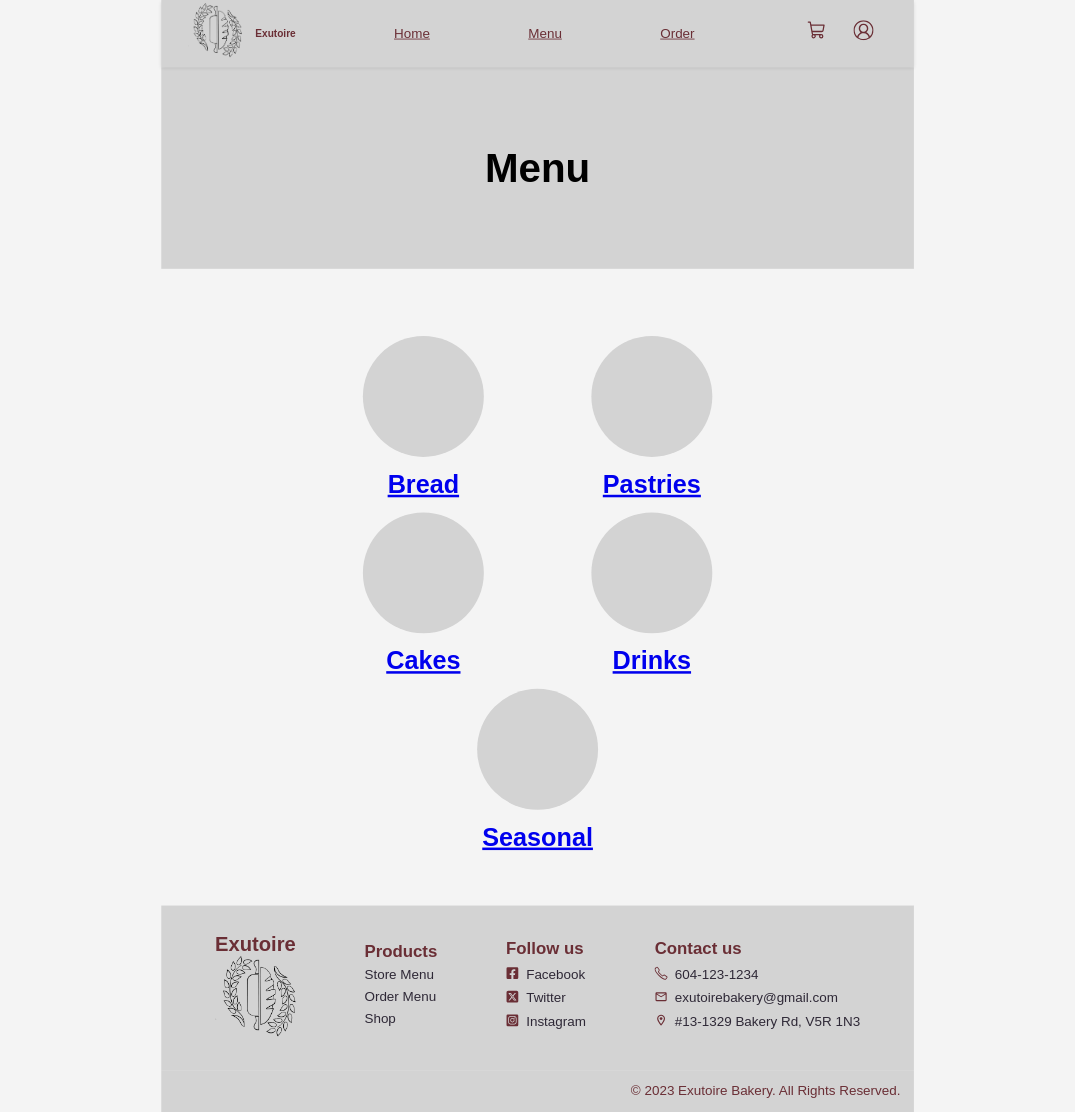
Repository: MelissaJacobi/COMP3170-final-proj
Page: /menu
The author's editor kept a copy of each file at every save. The page is drawn from the files as they stood at one save, then again after the next save.
The browser window is 1280 px wide. The pictures show the whole page, at 84% of full size.
The project was rebuilt for these pictures with package versions that can differ from the ones it lists, and the page was loaded fresh each time. Also part of the build but not shown: vite.config.js, src/pages/ShoppingCart.module.css, src/components/ShoppingCartCard.module.css, src/components/ShoppingCartCard.jsx, src/components/OrderTotal.jsx, src/pages/ShoppingCart.jsx, src/pages/Profile.module.css, src/pages/Profile.jsx and 15 more.

Above is the page before, as saved 2024-10-19 18:54:54.

After the next save:
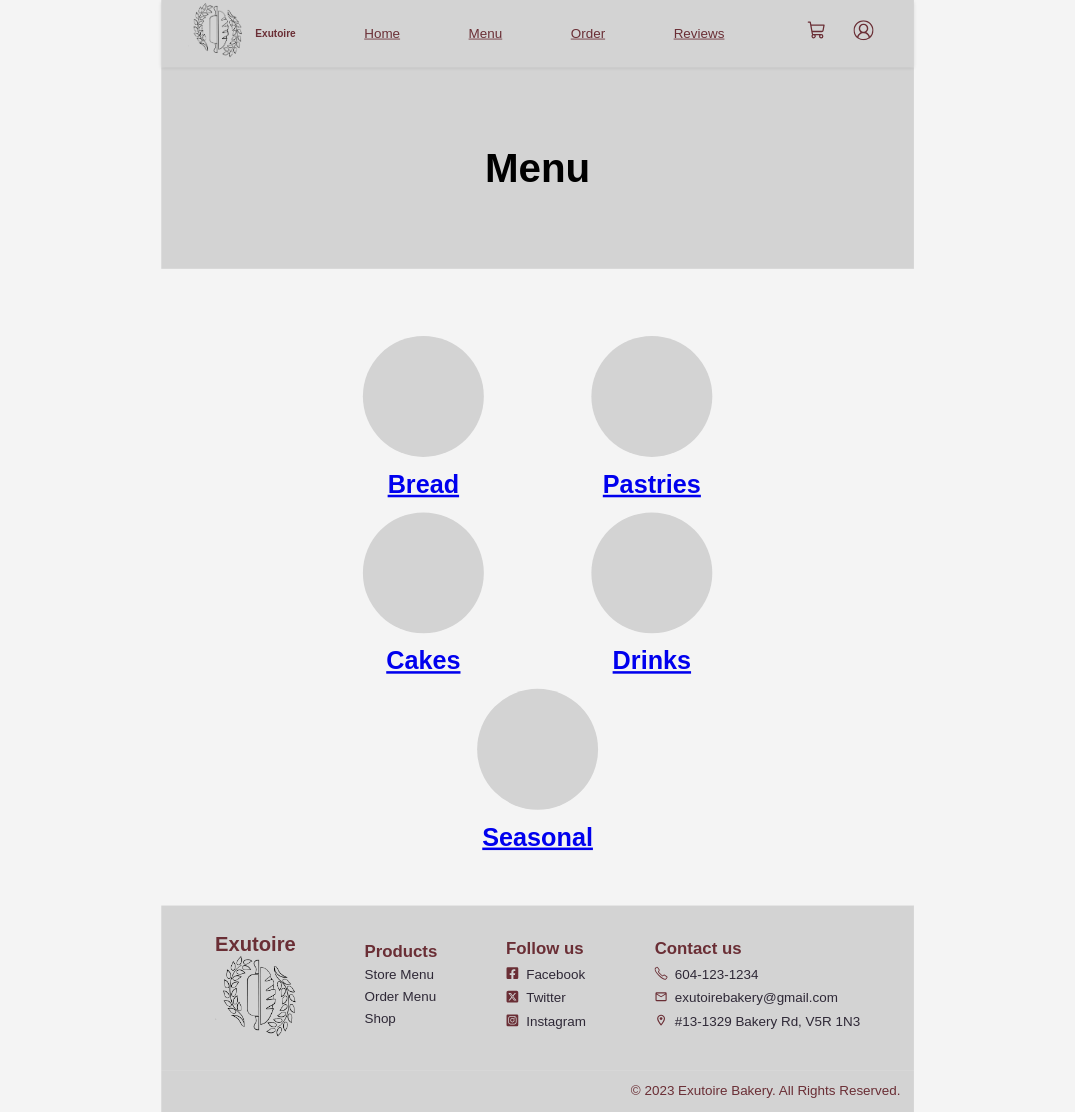
Saved 75 s later.
--- a/src/components/Header.jsx
+++ b/src/components/Header.jsx
@@ -17,6 +17,7 @@ export default function Header() {
       <Link to="/" className={styles.links}>Home</Link>
       <Link to="/Menu" className={styles.links}>Menu</Link>
       <Link to="/OrderPickUp" className={styles.links}>Order</Link>
+      <Link to="/Reviews" className={styles.links}>Reviews</Link>
       <div>
         <Link to="/ShoppingCart">
           <PiShoppingCart className={styles.icon} />
